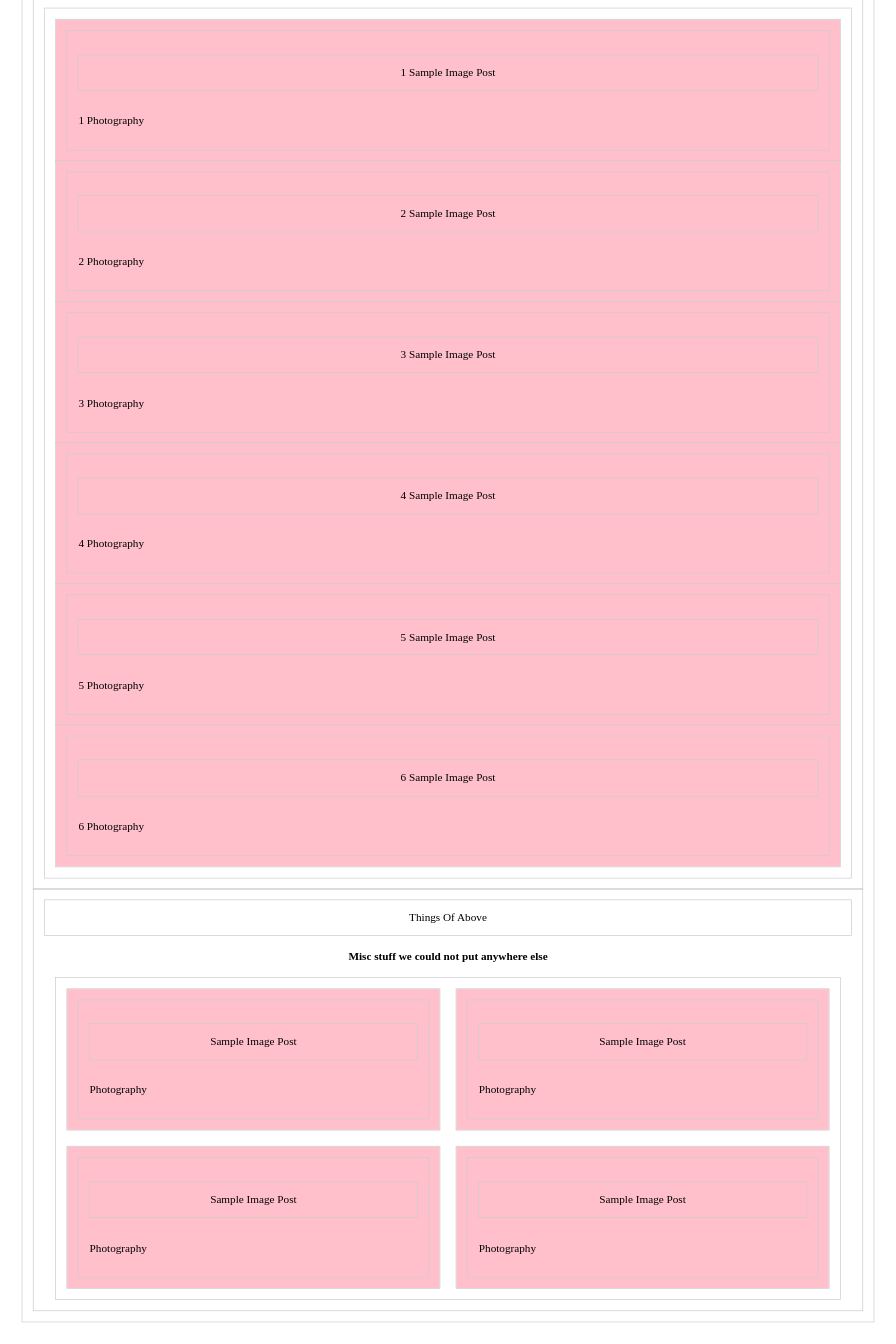
Repository: kionale/Project1_Lab3_ResponsiveLayout
Page: index.html
An editor plug-in stored every save of this project. The page is shown before and after the next save, followed by the edit.
The browser window is 1280 px wide. The pictures show the part of the page from y = 1770 to 3690 px (the page is 3690 px tall before and 3672 px after), at 70% of full size.

Above is the page before, as saved 2023-01-25 23:07:10.

After the next save:
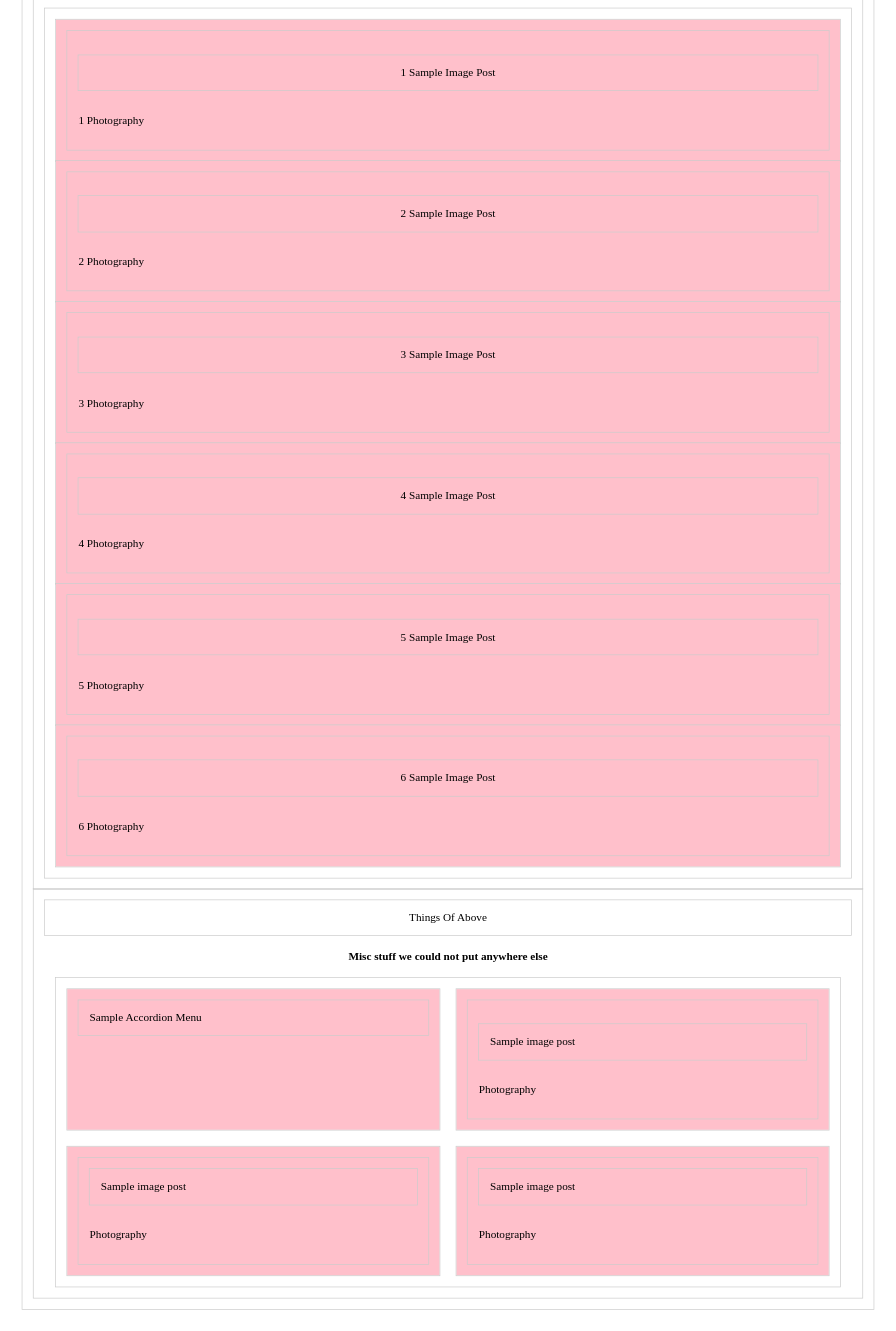
Saved 10 min 26 s later.
--- a/index.html
+++ b/index.html
@@ -195,35 +195,29 @@
       </div>
     </section>
     <!--Things of Above-->
-    <section class="recent__work">
-      <header class="header post__header">Things of above</header>
+    <section class="things__of__above">
+      <header class="header things__header">Things of above</header>
       <h4 class="subheading">Misc stuff we could not put anywhere else</h4>
       <div class="row m-col-2 l-col-3">
-        <div class="col">
-          <div>
-            <img src="" alt="">
-            <header class="header recent__work__title">Sample image post</header><br>
-            <p>Photography</p>
-          </div>
-        </div>
-        <div class="col">
-          <div>
-            <img src="" alt="">
-            <header class="header recent__work__title">Sample image post</header><br>
-            <p>Photography</p>
-          </div>
-        </div>
-        <div class="col">
-          <div>
-            <img src="" alt="">
-            <header class="header recent__work__title">Sample image post</header><br>
-            <p>Photography</p>
-          </div>
-        </div>
-        <div class="col">
-          <div>
-            <img src="" alt="">
-            <header class="header recent__work__title">Sample image post</header><br>
+        <div class="col sample__menu">
+          <header class="recent__work__title">Sample Accordion Menu</header>
+        </div>
+        <div class="col">
+          <div>
+            <img src="" alt="">
+            <header class="recent__work__title">Sample image post</header><br>
+            <p>Photography</p>
+          </div>
+        </div>
+        <div class="col">
+          <div>
+            <header class="recent__work__title">Sample image post</header><br>
+            <p>Photography</p>
+          </div>
+        </div>
+        <div class="col">
+          <div>
+            <header class="recent__work__title">Sample image post</header><br>
             <p>Photography</p>
           </div>
         </div>
